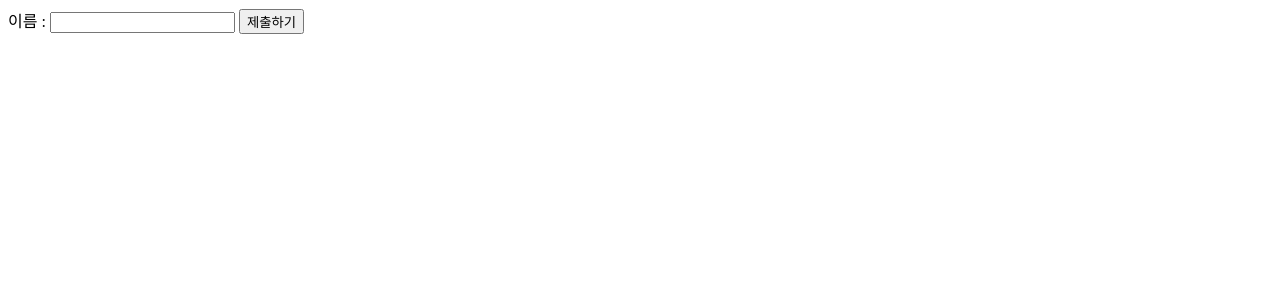
Repository: MySunTY/JSP
Page: http://localhost/JSP04/
An editor plug-in stored every save of this project. The page is shown before and after the next save, followed by the edit.
The browser window is 1280 px wide. The pictures show the whole page.
The page is served by Tomcat 9.

Above is the page before, as saved 2024-05-10 01:37:40.

After the next save:
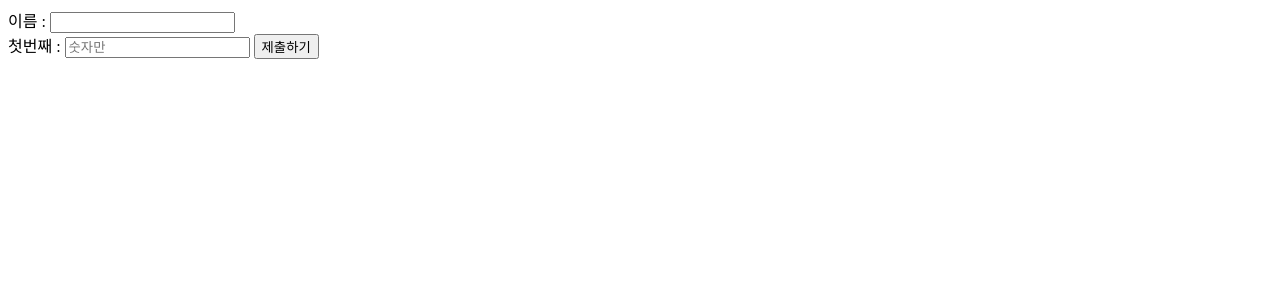
Saved 4 min 54 s later.
--- a/JSP04/src/main/webapp/index.jsp
+++ b/JSP04/src/main/webapp/index.jsp
@@ -11,8 +11,10 @@
 		<!-- method : 전송방식 -->
 		<!-- action : 목적지 -->
 		<!-- form태그가 데이터를 전송할 때는 name=value의 형태로 값을 전송한다 *5000000000000000 -->
+		<!-- name이 없으면 데이터를 전송할 수 없다 -->
 		<form method="get" action="result.jsp">
-			이름 : <input type="text" name="nm">
+			이름 : <input type="text" name="nm"><br>
+			첫번째 : <input type="text" name="first" placeholder="숫자만">
 			<input type="submit" value="제출하기">
 
 
